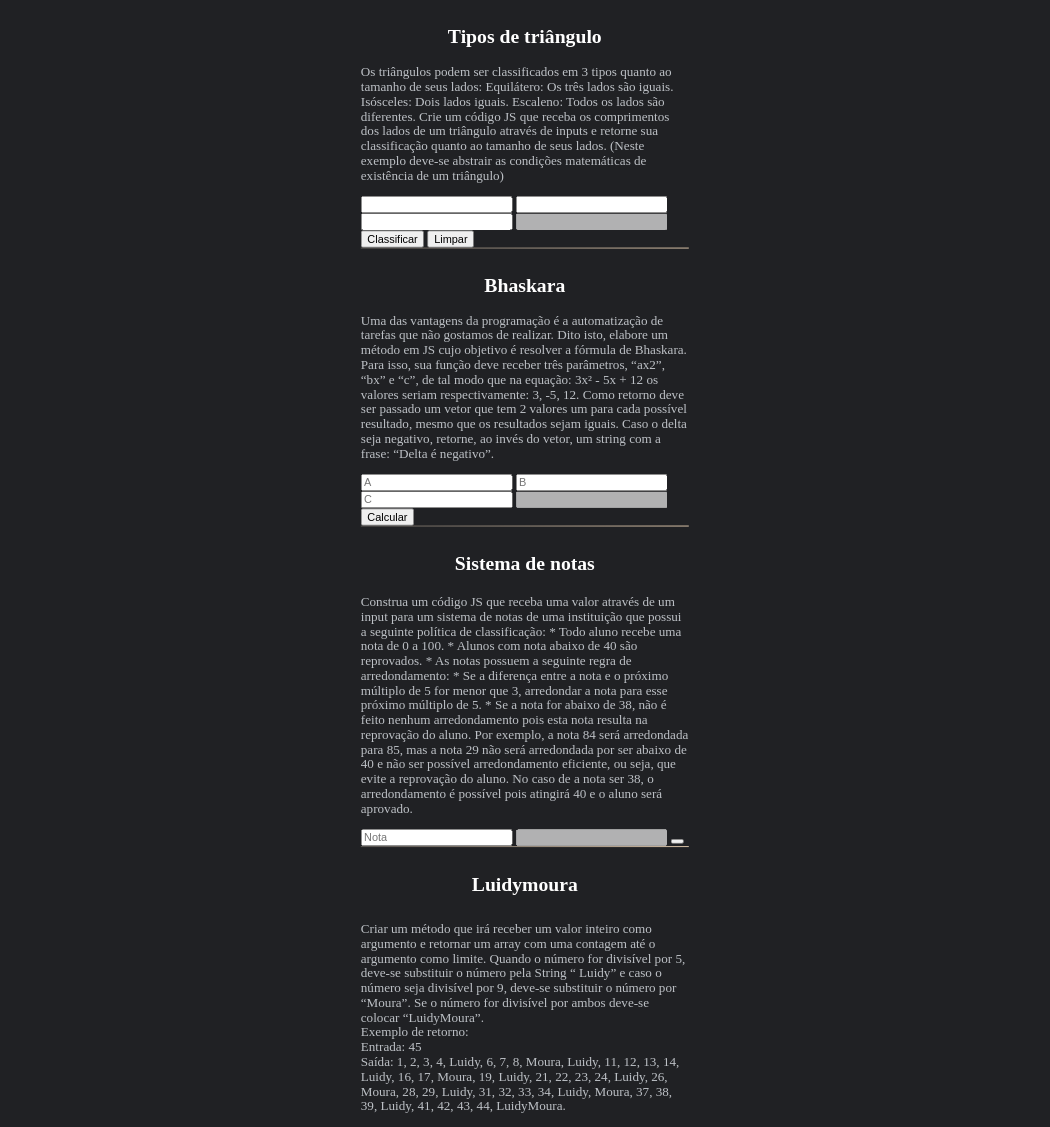
Repository: viviij/Fun-es-Simples-JavaScript
Page: index.html
The author's editor kept a copy of each file at every save. The page is drawn from the files as they stood at one save, then again after the next save.
The browser window is 1280 px wide. The pictures show the whole page, at 82% of full size.

Above is the page before, as saved 2022-08-26 14:14:57.

### index.html
<!DOCTYPE html>
<html lang="ptBR">
  <head>
    <meta charset="UTF-8">
    <meta http-equiv="X-UA-Compatible" content="IE=edge">
    <meta name="viewport" content="width=device-width, initial-scale=1.0">
    <link rel="stylesheet" href="styles.css">
    <title>Prova C3C</title>
  </head>
  <body>
    <div class="container">
      <section class="Tipos de Triângulo">
        <header>
          <h1>Tipos de triângulo</h1>
          <p>
            Os triângulos podem ser classificados em 3 tipos quanto ao tamanho de seus lados:

            Equilátero: Os três lados são iguais.
            Isósceles: Dois lados iguais.
            Escaleno: Todos os lados são diferentes.

            Crie um código JS que receba os comprimentos dos lados de um triângulo através de inputs e retorne sua classificação quanto ao tamanho de seus lados. (Neste exemplo deve-se abstrair as condições matemáticas de existência de um triângulo)
          </p>

        </header>
        <div class="main">
          <input type="number" name="trianguloLado1" id="trianguloLado1"/>
          <input type="number" name="trianguloLado2" id="trianguloLado2"/>
          <input type="number" name="trianguloLado3" id="trianguloLado3"/>

          <input type="text" name="tipoDeTriangulo" id="tipoDeTriangulo" disabled/>

          <button id="classificacaoTriangulo">Classificar</button>
          <button id="limparInputBotao">Limpar</button>
        </div>
      </section>

      <div class="linhaDeDivisaoDasQuestoes"></div>

      <section class="Bhaskara">
        <header>
          <h2>Bhaskara</h2>
          <p>Uma das vantagens da programação é a automatização de tarefas que não gostamos de realizar. Dito isto, elabore um método em JS cujo objetivo é resolver a fórmula de Bhaskara.

            Para isso, sua função deve receber três parâmetros, “ax2”, “bx” e “c”, de tal modo que na equação: 3x² - 5x + 12 os valores seriam respectivamente: 3, -5, 12.

            Como retorno deve ser passado um vetor que tem 2 valores um para cada possível resultado, mesmo que os resultados sejam iguais.

            Caso o delta seja negativo, retorne, ao invés do vetor, um string com a frase: “Delta é negativo”.</p>
        </header>
        <div class="main">
          <input type="number" name="bhaskaraValorA" id="bhaskaraValorA" placeholder="A"/>
          <input type="number" name="bhaskaraValorB" id="bhaskaraValorB" placeholder="B"/>
          <input type="number" name="bhaskaraValorC" id="bhaskaraValorC" placeholder="C"/>

          <input type="text" name="tipoDeTriangulo" id="valorBhaskara" disabled/>
          <button id="calcularBhaskara">Calcular</button>
        </div>
      </section>

      <div class="linhaDeDivisaoDasQuestoes"></div>

      <section class="Sistema de Notas">
        <header>
          <h3>Sistema de notas</h3>
          <p>Construa um código JS que receba uma valor através de um input para um sistema de notas de uma instituição que possui a seguinte política de classificação:

          * Todo aluno recebe uma nota de 0 a 100.
          * Alunos com nota abaixo de 40 são reprovados.
          * As notas possuem a seguinte regra de arredondamento:
            * Se a diferença entre a nota e o próximo múltiplo de 5 for menor que 3, arredondar a nota para esse próximo múltiplo de 5.
            * Se a nota for abaixo de 38, não é feito nenhum arredondamento pois esta nota resulta na reprovação do aluno.

          Por exemplo, a nota 84 será arredondada para 85, mas a nota 29 não será arredondada por ser abaixo de 40 e não ser possível arredondamento eficiente, ou seja, que evite a reprovação do aluno.
          No caso de a nota ser 38, o arredondamento é possível pois atingirá 40 e o aluno será aprovado.</p>
        </header>
        <div class="main">
          <input type="number" name="notaRecebida" id="notaRecebida" placeholder="Nota"/>

          <input type="text" name="arredondamentoNota" id="arredondamentoNota" disabled/>

          <button id="Calcular nota"></button>
        </div>
      </section>

      <div class="linhaDeDivisaoDasQuestoes"></div>

      <section class="LuidyMoura">
        <h4>Luidymoura</h4>
        <p>Criar um método que irá receber um valor inteiro como argumento e retornar um array com uma contagem até o argumento como limite.

          Quando o número for divisível por 5, deve-se substituir o número pela String “ Luidy” e caso o número seja divisível por 9, deve-se substituir o número por  “Moura”.
          Se o número for divisível por ambos deve-se colocar “LuidyMoura”.
          <br/>
          Exemplo de retorno:
          <br/>

          Entrada:
          45
          <br/>

          Saída:
          1, 2, 3, 4, Luidy, 6, 7, 8, Moura, Luidy, 11, 12, 13, 14, Luidy, 16, 17, Moura, 19, Luidy, 21, 22, 23, 24, Luidy, 26, Moura, 28, 29, Luidy, 31, 32, 33, 34, Luidy, Moura, 37, 38, 39, Luidy, 41, 42, 43, 44, LuidyMoura.</p>
      </section>
    </div>
    <script src="./js/tipos_de_triangulo.js"></script>
    <script src="./js/sistema_de_notas.js"></script>
    <script src="./js/luidymoura.js"></script>
    <script src="./js/bhaskara.js"></script>
  </body>
</html>

### styles.css
body {
  margin: 0;
  padding: 0;
  box-sizing: border-box;
  background: var(--background-color);
  display: flex;
  justify-content: center;
}

a {
  text-decoration: none;
}

ul {
  list-style: none;
}

:root {
  /*CORES GLOBAIS*/
  --text-color: #bdc1c6;
  --background-color: #202124;
  --title-color: #ffffff;

}

.container section {
  max-height: auto;
  max-width: 400px;
}

section {
  color: var(--text-color);
  margin-top: 2rem;
}

.container .linhaDeDivisaoDasQuestoes {
  height: 1px;
  background: linear-gradient(270deg,
      hsla(33, 100%, 88%, 1) 0%,
      hsla(33, 65%, 88%, 0.34) 100%);
}

section h1,
h2,
h3,
h4,
h5 {
  display: flex;
  justify-content: center;
  font-size: 1.5rem;
  color: var(--title-color);
}

.container .questao_1 {}

.container .questao_2 {}

.container .questao_3 {}

.container .questao_4 {}

### js/tipos_de_triangulo.js
//Selecionando itens do HTML
const t1 = document.querySelector("#trianguloLado1");
const t2 = document.querySelector("#trianguloLado2");
const t3 = document.querySelector("#trianguloLado3");
const tr = document.querySelector("#tipoDeTriangulo");
const ct = document.querySelector("#classificacaoTriangulo") ;
const lib = document.querySelector("#limparInputBotao");
//Marcar "erro" caso alguma resposta nao seja preenchida
t1.onblur = () => {
  if(t1.value == "") {
    t1.style = "border-color: #aa0044";
  }else{
    t1.style = "color: #000000";
  }
}

t2.onblur = () => {
  if(t2.value == "") {
    t2.style = "border-color: #aa0044";
  }else{
    t2.style = "color: #000000";
  }
}

t3.onblur = () => {
  if(t3.value == "") {
    t3.style = "border-color: #aa0044";
  }else{
    t3.style = "color: #000000";
  }
}

//Limpar input apos clicar no botao Limpar
lib.onclick = () => {
  t1.value = "";
  t2.value = "";
  t3.value = "";
  tr.value = "";
}

//Classificar o tipo de triangulo apos clicar no botao Classificar
ct.onclick = () => {
  //Dar foco no input vazio
  if (t1.value == "" && t2.value != "" && t3.value != "") {
    t1.focus();
  }else if (t2.value == "" && t1.value != "" && t3.value != "") {
    t2.focus();
  }else if (t3.value == "" && t1.value != "" && t2.value != "") {
    t3.focus();
  }

  if (t1.value != t2.value && t1.value != t3.value && t2.value != t3.value) {
    tr.value = "Escaleno: Todos os lados são diferentes.";

  }else if (t1.value == t2.value && t1.value == t3.value && t2.value == t3.value) {
    tr.value = "Equilátero: Os três lados são iguais.";

  }else{
    tr.value = "Isósceles: Dois lados iguais.";

  }
}

### js/luidymoura.js
function range(end) {//Função para ir do 0 até o número x
  listaNumerica = []
  contadorLista = 0
  for(i = 0; i != end+1; i++) {
    listaNumerica.push(i)
    contadorLista++
    if (divisivelPor9 % 9 == 0) {

    }
  }
  console.log(listaNumerica)
}

const arr = [1935];
const arrs = arr[0][1]
console.log(arrs)
const divisivelPor9 = (accumulator, curr) => accumulator + curr;
if (divisivelPor9 % 9 == 0) {
  console.log(arr.reduce(divisivelPor9));
}


function getSum(n)
{
    var sum = 0;
    while (n != 0) {
        sum = n % 10;
        n = parseInt(n / 10);
    }
    return sum;
}

// Driver code
var n = 1935;
console.log(getSum(n))

### js/bhaskara.js
//Selecionando itens do HTML
const bhaskaVA = document.querySelector("#bhaskaraValorA");
const bhaskaVB = document.querySelector("#bhaskaraValorB");
const bhaskaVC = document.querySelector("#bhaskaraValorC");
const resBhaska = document.querySelector("#resultadoBhaskara");
const calcBhaska = document.querySelector("#calcularBhaskara");
//Marcar "erro" caso alguma resposta nao seja preenchida
bhaskaVA.onblur = () => {
  if(bhaskaVA.value == "") {
    bhaskaVA.style = "border-color: #aa0044";
  }else{
    bhaskaVA.style = "color: #000000";
  }
}

bhaskaVB.onblur = () => {
  if(bhaskaVB.value == "") {
    bhaskaVB.style = "border-color: #aa0044";
  }else{
    bhaskaVB.style = "color: #000000";
  }
}

bhaskaVC.onblur = () => {
  if(bhaskaVC.value == "") {
    bhaskaVC.style = "border-color: #aa0044";
  }else{
    bhaskaVC.style = "color: #000000";
  }
}

//Calcular os valores de bhaskara


calcBhaska.onclick = () => {
  //Dar foco no input vazio
  if (bhaskaVA.value == "" && bhaskaVB.value != "" && bhaskaVC.value != "") {
    bhaskaVA.focus();
  }else if (bhaskaVB.value == "" && bhaskaVA.value != "" && bhaskaVC.value != "") {
    bhaskaVB.focus();
  }else if (bhaskaVC.value == "" && bhaskaVA.value != "" && bhaskaVB.value != "") {
    bhaskaVC.focus();
  }

  if (bhaskaVC.value != "" && bhaskaVA.value != "" && bhaskaVB.value != ""){
    //Função de bhaskara
    const valorDelta = (bhaskaVB.value*bhaskaVB.value) - 4*bhaskaVA.value*(bhaskaVC.value);

    if(valorDelta < 0) {
      resBhaska.value = "Delta é negativo";
    }else{
      let calculoDeX = (-bhaskaVB.value+Math.sqrt(valorDelta))/(2*bhaskaVA.value);
      let calculoDeX2 = (-bhaskaVB.value-Math.sqrt(valorDelta))/(2*bhaskaVA.value);
      bhaskaVA.value = ""
      bhaskaVB.value = ""
      bhaskaVC.value = ""

      resBhaska.value = [calculoDeX, calculoDeX2];
    }
  }
}

Loaded but not shown: js/sistema_de_notas.js (empty)

After the next save:
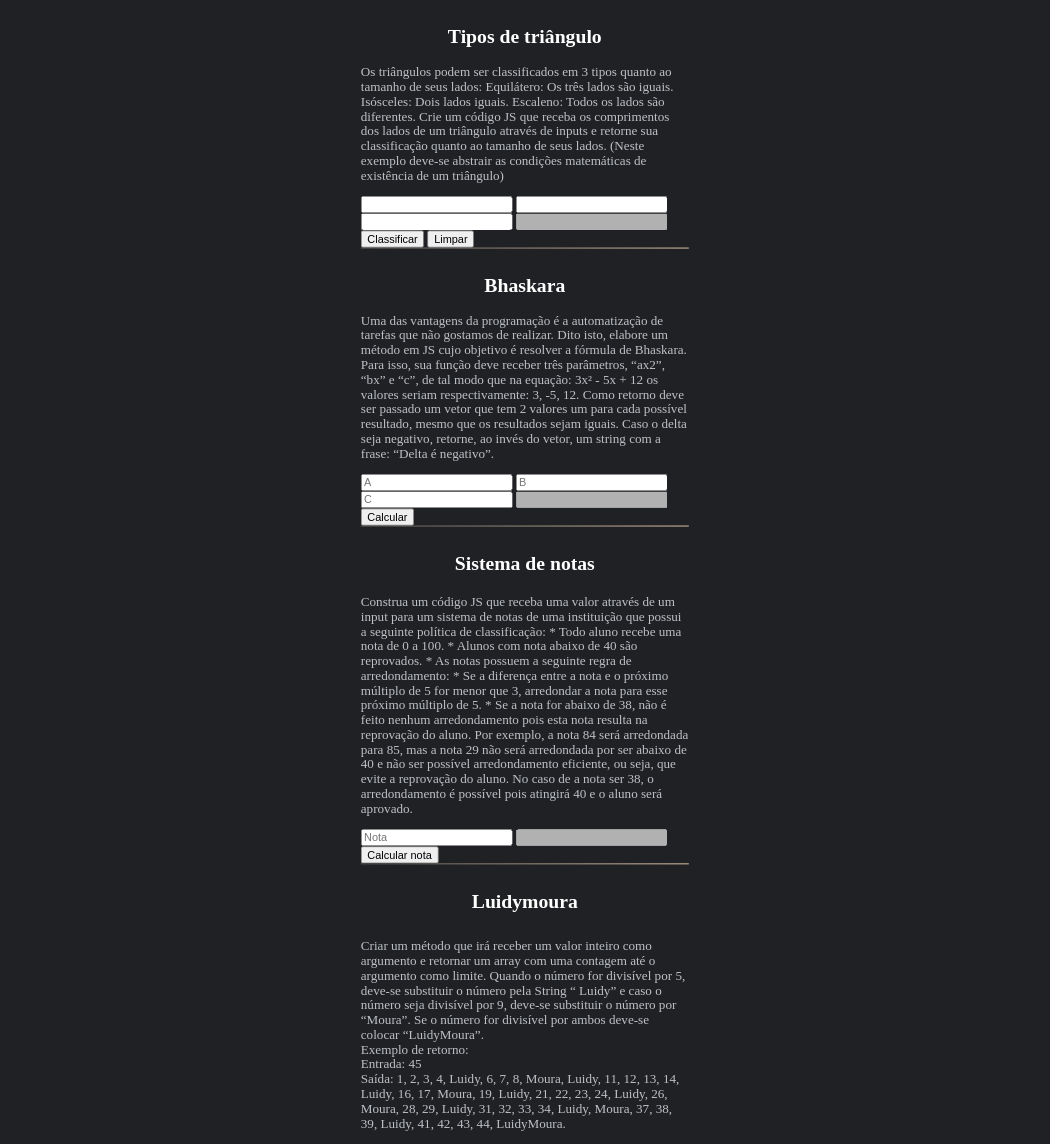
Saved 51 s later.
--- a/index.html
+++ b/index.html
@@ -79,7 +79,7 @@
 
           <input type="text" name="arredondamentoNota" id="arredondamentoNota" disabled/>
 
-          <button id="Calcular nota"></button>
+          <button id="calcularNota">Calcular nota</button>
         </div>
       </section>
 
